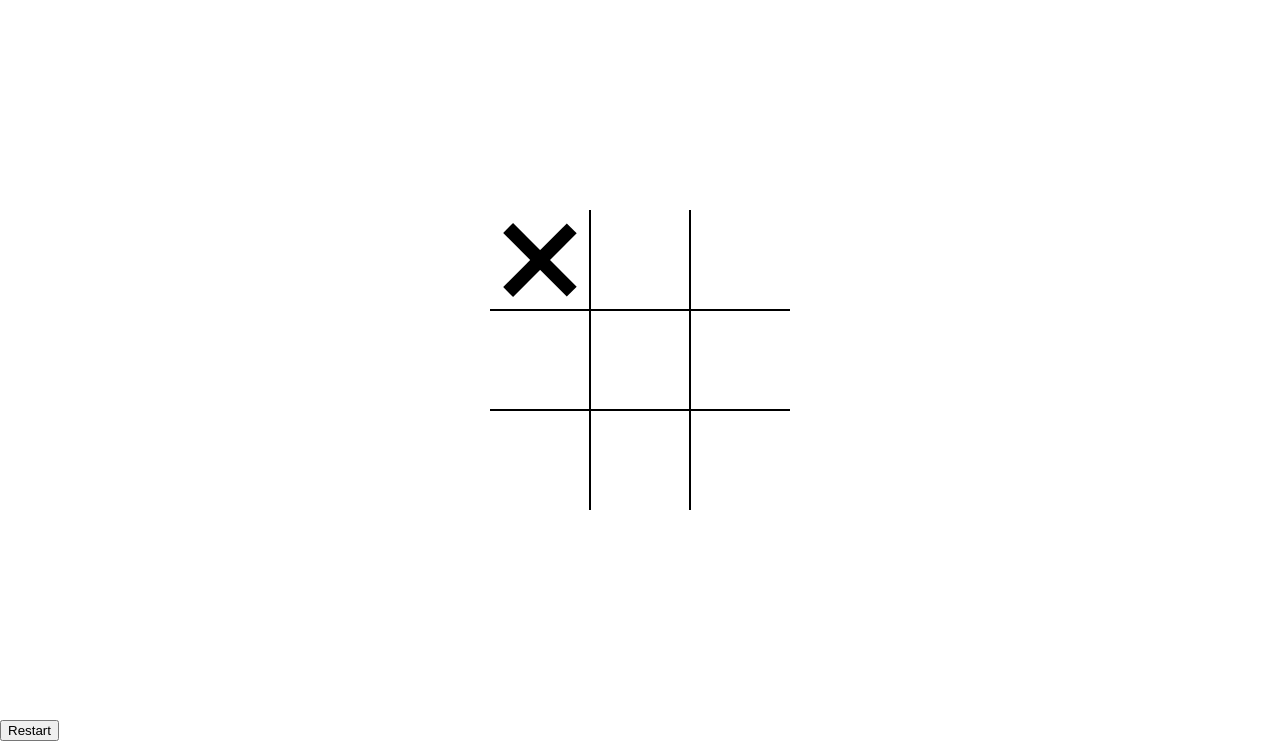
Repository: divya2/tic-toc-toe
Page: index.html
An editor plug-in stored every save of this project. The page is shown before and after the next save, followed by the edit.
The browser window is 1280 px wide. The pictures show the whole page.

Above is the page before, as saved 2020-10-29 21:15:35.
Not found: script.js

### index.html
<!DOCTYPE html>
<html lang="en">
<head>
    <meta charset="UTF-8">
    <meta name="viewport" content="width=device-width, initial-scale=1.0">
    <link rel="stylesheet" href="styles.css">
    <script src="script.js" defer></script>
    <title>Document</title>
</head>
<body>
    <div class="board" id="board">
        <div class="cell x" data-cell></div>
        <div class="cell circle" data-cell></div>
        <div class="cell" data-cell></div>
        <div class="cell" data-cell></div>
        <div class="cell" data-cell></div>
        <div class="cell" data-cell></div>
        <div class="cell" data-cell></div>
        <div class="cell" data-cell></div>
        <div class="cell" data-cell></div>
    </div>

    <div class="winning-message">
        <button id="restartButton">Restart</button>
    </div>
</body>
</html>

### styles.css
*, *::after, *::before {
    box-sizing: border-box;
}

:root {
    --cell-size: 100px;
    --mark-size: calc(var(--cell-size)* .9);
}
body {
    margin: 0;
}

.board {
    width: 100w;
    height: 100vh;
    display: grid;
    justify-content: center;
    align-content: center;
    justify-content: center;
    align-items: center;
    grid-template-columns: repeat(3,auto);
}

.cell {
    width: var(--cell-size);
    height: var(--cell-size);
    border: 1px solid black;
    display: flex;
    justify-content: center;
    align-items: center;
    position: relative;
}

.cell:first-child,
.cell:nth-child(2),
.cell:nth-child(3){
    border-top: none;
}

.cell:nth-child(3n+1){
    border-left: none;
}

.cell:nth-child(3n+3){
    border-right: none;
}

.cell:last-child,
.cell:nth-child(8),
.cell:nth-child(7){
    border-bottom: none;
}

.cell.x::before,
.cell.x::after{
    content:'';
    position: absolute;
    width: calc(var(--mark-size)*.15);
    height: var(--mark-size);
    background-color: black;
}

.cell.x::after{
    transform: rotate(-45deg);
}

.cell.x::before{
    transform: rotate(45deg);
}

.cell.circle::before,
.cell.circle::after{
    content: '';
    position: absolute;

}

After the next save:
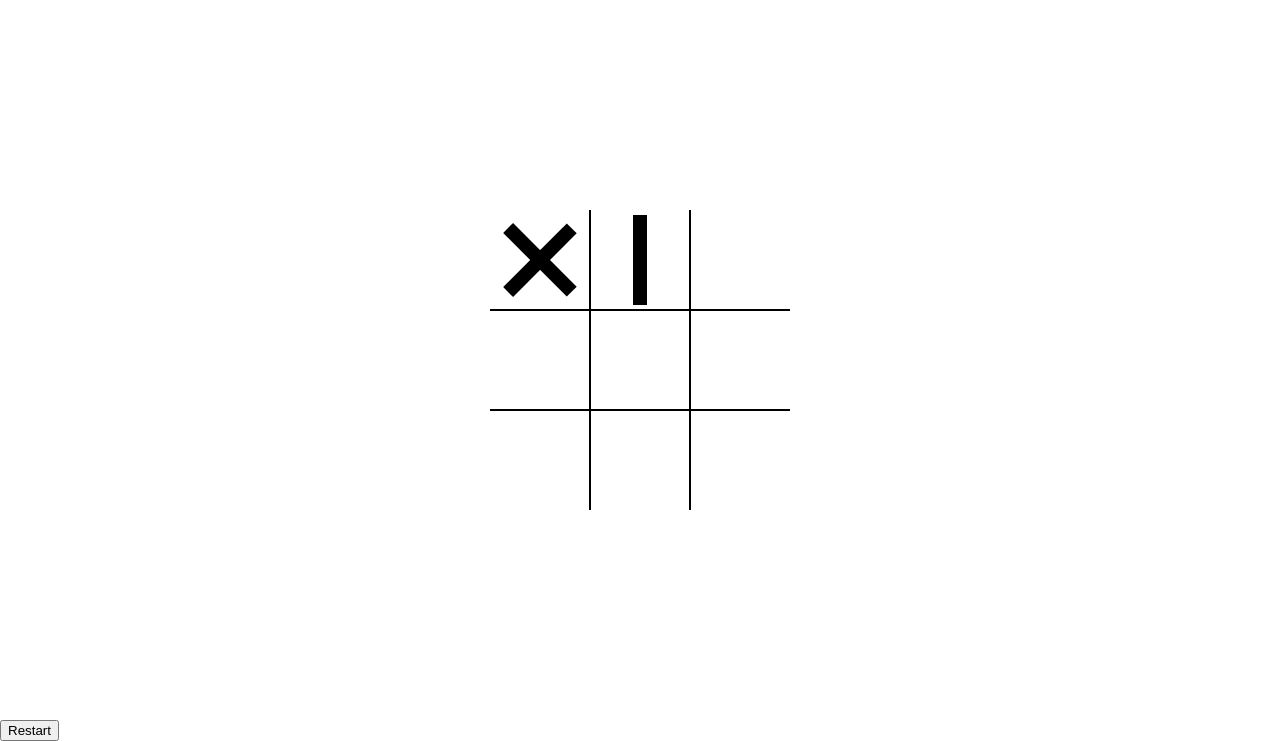
Saved 14 s later.
--- a/styles.css
+++ b/styles.css
@@ -72,5 +72,7 @@ body {
 .cell.circle::after{
     content: '';
     position: absolute;
-
+    width: calc(var(--mark-size)*.15);
+    height: var(--mark-size);
+    background-color: black;
 }
